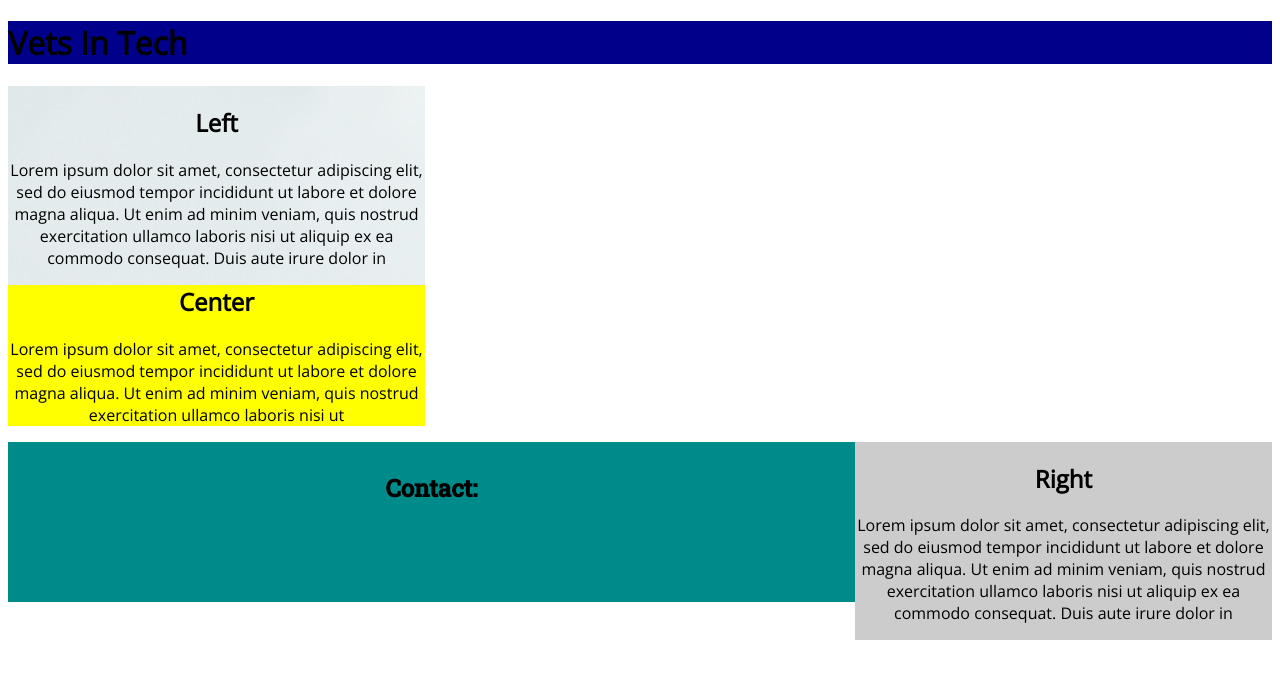
Repository: 3EyEdRav3n/10-2020-cohort-course
Page: week-1/Week-1 Assignment/index.html
These files come from the project's save history. The page is drawn as it stood at one moment and after the next save; the edit follows.
The browser window is 1280 px wide. The pictures show the whole page.

Above is the page before, as saved 2020-11-01 20:54:39.

After the next save:
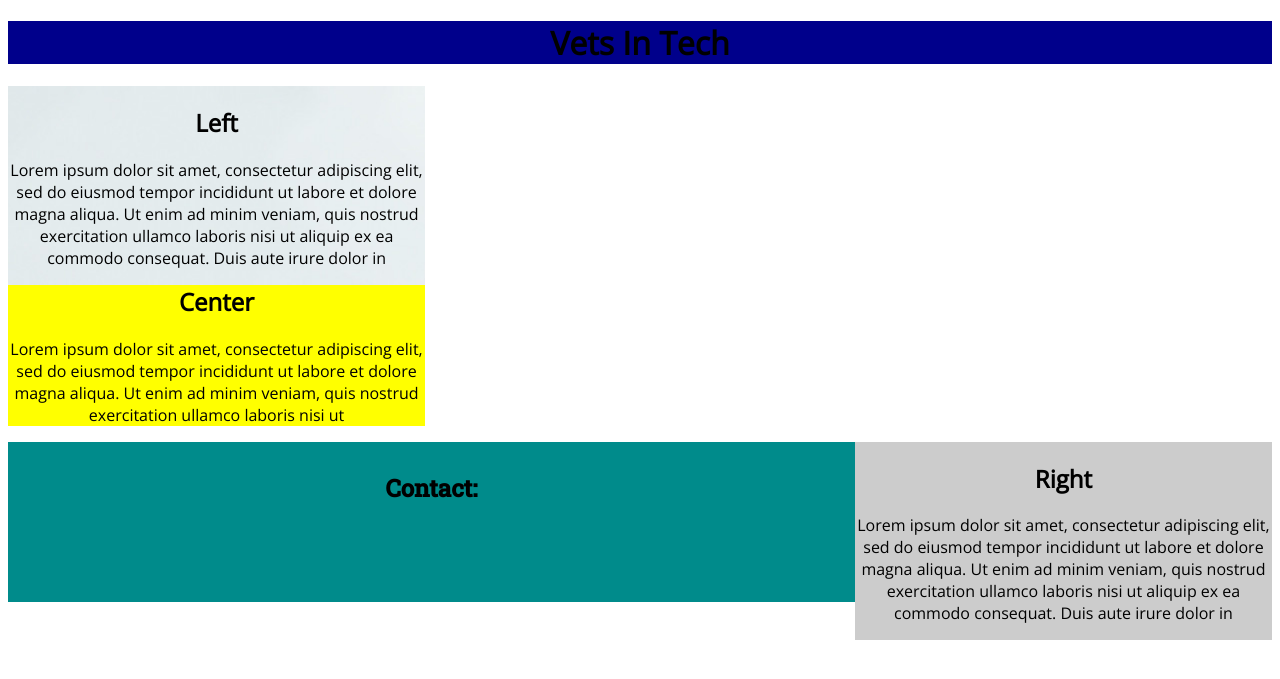
Saved 19 s later.
--- a/week-1/Week-1 Assignment/styles.css
+++ b/week-1/Week-1 Assignment/styles.css
@@ -2,7 +2,7 @@
 .header{
         font-family: 'Roboto Slab', serif;
         background-color: darkblue;
-        tet-align: center;
+        text-align: center;
 
 }
 .container{
